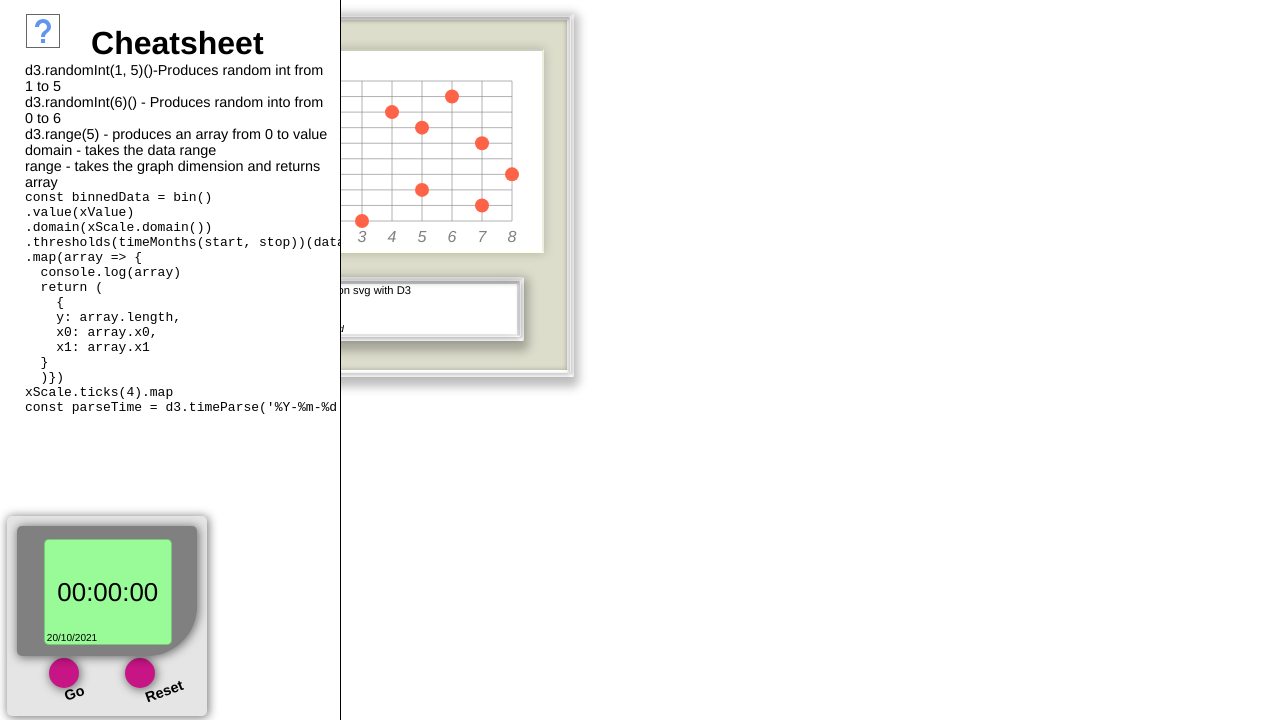
Repository: Lewisjohnward/100-days-of-d3
Page: /
The author's editor kept a copy of each file at every save. The page is drawn from the files as they stood at one save, then again after a run of saves.
The browser window is 1280 px wide. The pictures show the whole page.
The page's requests for data from a server got no answer. An inner scrolling area shows only its first screen. The project was rebuilt for these pictures with package versions that can differ from the ones it lists, and the page was loaded fresh each time. No one was signed in, and anything a server would have sent is missing. Also part of the build but not shown: src/charts/chart2/useGetData.js, src/charts/chart2/styles.js, src/charts/chart2/Chart.js, src/charts/chart3/useGetData.js, src/charts/chart3/styles.js, src/charts/chart3/Chart.js, src/charts/chart4/useGetData.js, src/charts/chart4/styles.js and 4 more.

Above is the page before, as saved 2021-10-20 15:47:08.

### src/App.js
import styled from "styled-components";
import { Chart1, Chart2, Chart3, Chart4, Chart5 } from "./charts/index.js";
import { Hello } from "./components/HelloD3";
import { Navbar } from "./components/Navbar.js";

const BodyContainer = styled.div`
  position: relative;
  z-index: 99;
  display: flex;
  height: ${({ height }) => height}px;
  overflow: hidden;
`;

const ChartGrid = styled.div`
  width: 75%;
  display: grid;
  overflow: scroll;
  grid-template-columns: repeat(3, 400px);
  grid-template-rows: repeat(2, 400px);
  justify-content: center;
  align-items: start;
  align-content: start;
  grid-gap: 0px;
  padding: 1%;
`;



const height = window.innerHeight;

function App() {
  return (
    <BodyContainer height={height}>
      <Hello />
      <Navbar />
      <ChartGrid>
        <Chart1 />
        <Chart2 />
        <Chart2 />
        <Chart3 />
        <Chart4 />
        <Chart5 />
      </ChartGrid>
    </BodyContainer>
  );
}

export default App;

### src/index.css
*{
    margin: 0;
    padding: 0;
}

body {
    font-family: Helvetica, "Trebuchet MS", Verdana, sans-serif;
}

### src/charts/index.js
export { Test as Chart1} from "./chart1/Chart"
export { Chart as Chart2} from "./chart2/Chart"
export { Chart as Chart3} from "./chart3/Chart"
export { Chart as Chart4} from "./chart4/Chart"
export { Chart as Chart5} from "./chart5/Chart"

### src/components/HelloD3.js
import { useState } from "react";
import styled, { keyframes } from "styled-components";

const letterAnimation = keyframes`
    0% {transform: rotate(0deg);}
    20% {transform: rotate(-45deg);}
    100% {transform: rotate(-45deg);}
`;

const TextContainer = styled.div`
  position: absolute;
  top: 25%;
  display: flex;
  font-size: 10em;

`;

const LetterContainer = styled.div`
  &.fallanimation {
    transition: transform 1s;
    transform: translateY(942px);
  }

  p {
    font-weight: ${({bold}) => bold ? 600: 300};
    &.fallanimation {
      animation: ${letterAnimation} ease-out 1s forwards;
    }
  }
`;

const word = "Hello";
const d3 = "D3"
const d3Array = d3.split("");
const wordArray = word.split("");
const height = window.innerHeight;

export const Hello = () => {
  return (
    <TextContainer>
      {wordArray.map((d) => (
        <Letter letter={d} />
      ))}
      {d3Array.map((d) => (
        <Letter letter={d} bold={true}/>
      ))}
    </TextContainer>
  );
};

const Letter = ({ letter, bold}) => {
  const [visible, setVisible] = useState(true);

  const handleMouseEnter = () => {
    setVisible((prev) => !prev);
  };

  return (
    <LetterContainer className={!visible && "fallanimation"} height={height} bold={bold}>
      <p
        className={!visible && "fallanimation"}
        onMouseEnter={() => handleMouseEnter()}
      >
        {letter}
      </p>
    </LetterContainer>
  );
};

### src/components/Navbar.js
import { useState } from "react";
import styled from "styled-components";
import { TimerComponent as Timer } from "./Timer";
import { IoMdHelp } from "react-icons/io";

const NavContainer = styled.div`
  height: 100%;
  width: 25%;
  overflow: hidden;
  background: white;
  padding: 25px 10px 25px 25px;
  border-right: 1px solid black;
  > p {
    font-size: 0.9em;
  }

  &.open {
    transition: all 1s ease-in;
    transform: translateX(0px);
  }
  &.close {
    transition: all 1s ease-in;
    transform: translateX(-100%);
  }
`;

const Title = styled.div`
  font-size: 2em;
  font-weight: 700;
  text-align: center;
`;

const Icon = styled(IoMdHelp)`
  position: absolute;
  left: 2%;
  top: 2%;
  z-index: 1;
  font-size: 2em;
  color: cornflowerblue;
  cursor: pointer;
  border: 1px solid rgba(0, 0, 0, 0.6);
`;

const code = `const binnedData = bin()
.value(xValue)
.domain(xScale.domain())
.thresholds(timeMonths(start, stop))(data)
.map(array => {
  console.log(array)
  return (
    {
    y: array.length,
    x0: array.x0,
    x1: array.x1
  }
  )})`;

export const Navbar = () => {
  const [visible, setVisible] = useState(true);
  return (
    <>
      <Icon onClick={() => setVisible((prev) => !prev)} />
      <NavContainer className={visible ? "open" : "close"}>
        <Title>Cheatsheet</Title>
        <p>d3.randomInt(1, 5)()-Produces random int from 1 to 5</p>
        <p>d3.randomInt(6)() - Produces random into from 0 to 6</p>
        <p>d3.range(5) - produces an array from 0 to value</p>
        <p>domain - takes the data range</p>
        <p>range - takes the graph dimension and returns array</p>
        <pre>
          <code>{code}</code>
        </pre>
        <pre>
          <code>xScale.ticks(4).map</code>
        </pre>
        <pre>
          <code>const parseTime = d3.timeParse('%Y-%m-%d');</code>
        </pre>
        <Timer />
      </NavContainer>
    </>
  );
};

### src/charts/chart1/Chart.js
import { useState } from "react";
import { randomInt, range, scaleLinear, max } from "d3";
import {
  Frame,
  Svg,
  ChartContainer,
  Description,
  DescriptionContainer,
  Signature,
} from "./styles";

const data = range(10).map((d) => ({
  a: randomInt(10)(),
  b: d,
}));

const margin = {
  top: 30,
  right: 30,
  bottom: 30,
  left: 30,
};

const height = 200;
const width = 300;

const AxisTickOffset = 7;

const innerHeight = height - margin.top - margin.bottom;
const innerWidth = width - margin.left - margin.right;

export const Chart = () => {
  const xValue = (d) => d.a;
  const yValue = (d) => d.b;

  const xAxisScale = scaleLinear()
    .domain([0, max(data, xValue)])
    .range([0, innerWidth])
    .nice();

  const yAxisScale = scaleLinear()
    .domain([0, max(data, yValue)])
    .range([innerHeight, 0])
    .nice();

  return (
    <Frame>
      <ChartContainer>
        <Svg height={height} width={width}>
          <g transform={`translate(${margin.left}, ${margin.top})`}>
            {xAxisScale.ticks().map((tickValue) => (
              <g transform={`translate(${xAxisScale(tickValue)}, 0)`}>
                <line y2={innerHeight} stroke="black" />
                <text
                  y={innerHeight + 3 * AxisTickOffset}
                  style={{ textAnchor: "middle" }}
                >
                  {tickValue}
                </text>
              </g>
            ))}

            {yAxisScale.ticks().map((tickValue) => (
              <g transform={`translate(0, ${yAxisScale(tickValue)})`}>
                <line x2={innerWidth} stroke="black" />
                <text
                  x={-AxisTickOffset}
                  dy="0.32em"
                  style={{ textAnchor: "end" }}
                >
                  {tickValue}
                </text>
              </g>
            ))}
            {data.map(({ a, b }) => (
              <Mark x={xAxisScale(a)} y={yAxisScale(b)} r={7} />
            ))}
          </g>
        </Svg>

        <Frame small={"true"}>
          <DescriptionContainer>
            <Description>Scatter graph on svg with D3</Description>
            <Signature>09/10/21 - L Ward</Signature>
          </DescriptionContainer>
        </Frame>
      </ChartContainer>
    </Frame>
  );
};

export const Chart1= () => {
  const xValue = (d) => d.a;
  const yValue = (d) => d.b;

  const xAxisScale = scaleLinear()
    .domain([0, max(data, xValue)])
    .range([0, innerWidth])
    .nice();

  const yAxisScale = scaleLinear()
    .domain([0, max(data, yValue)])
    .range([innerHeight, 0])
    .nice();

  return (
        <Svg height={height} width={width}>
          <g transform={`translate(${margin.left}, ${margin.top})`}>
            {xAxisScale.ticks().map((tickValue) => (
              <g transform={`translate(${xAxisScale(tickValue)}, 0)`}>
                <line y2={innerHeight} stroke="black" />
                <text
                  y={innerHeight + 3 * AxisTickOffset}
                  style={{ textAnchor: "middle" }}
                >
                  {tickValue}
                </text>
              </g>
            ))}

            {yAxisScale.ticks().map((tickValue) => (
              <g transform={`translate(0, ${yAxisScale(tickValue)})`}>
                <line x2={innerWidth} stroke="black" />
                <text
                  x={-AxisTickOffset}
                  dy="0.32em"
                  style={{ textAnchor: "end" }}
                >
                  {tickValue}
                </text>
              </g>
            ))}
            {data.map(({ a, b }) => (
              <Mark x={xAxisScale(a)} y={yAxisScale(b)} r={7} />
            ))}
          </g>
        </Svg>
  );
};

const Mark = ({ x, y, r }) => {
  const [tooltipVisible, setToolTipVisible] = useState(false);

  return (
    <>
    <circle
        cx={x}
        cy={y}
        r={r}
        fill={"black"}
        onMouseEnter={() => setToolTipVisible(!tooltipVisible)}
        onMouseLeave={() => setToolTipVisible(!tooltipVisible)}
      />
      {tooltipVisible && <rect x={x + 10} y={y - 25} height={50} width={50} rx={5} />}

    </>
  );
};

export const Test = () => {
  return (
    <Frame>
    <ChartContainer>
      <Chart1 />
    <Frame small={"true"}>
          <DescriptionContainer>
          <Description>Scatter graph on svg with D3</Description>
            <Signature>09/10/21 - L Ward</Signature>
          </DescriptionContainer>
        </Frame>
      </ChartContainer>
    </Frame>
  )


}

### src/components/Timer.js
import { useState, useEffect } from "react";
import styled, { keyframes } from "styled-components";

const Icon = styled.div`
  position: absolute;
  bottom: 7%;
  left: 2%;
  height: 200px;
  width: 200px;
  padding: 0px;
  margin: 0px;

  color: black;
  overflow: hidden;
  background: rgb(229, 229, 229);
  opacity: 1;
  text-shadow: none;
  font-weight: 300;
  font-size: 0.9em;
  box-shadow: 1px 1px 10px 1px rgba(0, 0, 0, 0.5);
  border-radius: 5px;
`;

const Container = styled.div`
  height: 100%;
  width: 100%;
  display: flex;
  flex-direction: column;
  justify-content: center;
  align-items: center;
`;

const Timer = styled.div`
  position: relative;
  background: gray;
  height: 65%;
  width: 90%;
  border-radius: 5px 5px 50px 5px;
  box-shadow: 1px 1px 10px 1px rgba(0, 0, 0, 0.5);
`;

const TimerContainer = styled.div`
  position: absolute;
  top: 10%;
  left: 15%;
  height: 80%;
  width: 70%;
  display: flex;
  justify-content: center;
  align-items: center;

  background: palegreen;
  border-radius: 5px;
  border: 1px solid rgba(0, 0, 0, 0.2);
  font-size: 1.8em;
`;

const ButtonContainer = styled.div`
  height: 25%;
  width: 80%;
  display: flex;

  flex-direction: row;
  justify-content: space-around;
  align-items: center;
`;

const Start_StopContainer = styled.div`
  display: flex;
  align-items: center;
  justify-content: center;
  background: mediumvioletred;
  width: 30px;
  height: 30px;
  border-radius: 100%;
  box-shadow: 1px 1px 10px 1px rgba(0, 0, 0, 0.5);
  font-size: 1.2em;
  font-weight: 800;
  cursor: pointer;

  &:active {
    transition: transform 0.1s box-shadow 0.1s;
    transform: translateY(10%);
  }
`;

const ButtonDiv = styled.div`
  font-weight: 600;

  p {
    transform: translate(50%, -30%) rotate(-20deg);
  }
`;

const DateContainer = styled.div`
  position: absolute;
  top: 58%;
  left: 20%;
  font-size: 0.7em;
  text-decoration: italic;

  .today {
    right: 0%;
  }
`;

export const TimerComponent = ({ grid }) => {
  const [seconds, setSeconds] = useState(0);
  const [active, setActive] = useState(false);

  useEffect(() => {
    const seconds = parseInt(localStorage.getItem("seconds-d3")) || 0;
    const active = localStorage.getItem("state-d3") || false;
    setActive(active);
    setSeconds(seconds);
  }, []);

  useEffect(() => {
    if (active) {
      setTimeout(() => {
        setSeconds((prev) => prev + 1);
      }, 1000);
    }
    localStorage.setItem("seconds-d3", seconds);
    localStorage.setItem("state-d3", active);
  }, [active, seconds]);

  function secondsToTime(e) {
    var h = Math.floor(e / 3600)
        .toString()
        .padStart(2, "0"),
      m = Math.floor((e % 3600) / 60)
        .toString()
        .padStart(2, "0"),
      s = Math.floor(e % 60)
        .toString()
        .padStart(2, "0");

    return h + ":" + m + ":" + s;
    //return `${h}:${m}:${s}`;
  }

  return (
    <Icon className={`icon`}>
      <Container>
        <Timer>
          <TimerContainer>{secondsToTime(seconds)}</TimerContainer>
        </Timer>
        <DateContainer>20/10/2021</DateContainer>

        <ButtonContainer>
          <ButtonDiv>
            <Start_StopContainer
              onClick={() => {
                if (!active) {
                  setActive(true);
                }
              }}
            />
            <p>Go</p>
          </ButtonDiv>
          {active ? (
            <ButtonDiv>
              <Start_StopContainer onClick={() => setActive(false)} />
              <p>Stop</p>
            </ButtonDiv>
          ) : (
            <ButtonDiv>
              <Start_StopContainer onClick={() => setSeconds(0)} />
              <p>Reset</p>
            </ButtonDiv>
          )}
        </ButtonContainer>
      </Container>
    </Icon>
  );
};

### src/charts/chart1/styles.js
import styled from "styled-components";

export const Frame = styled.div`
  height: ${({ small }) => (small ? "50px" : "350px")};
  width: ${({ small }) => (small ? "250px" : "350px")};
  background-color: #ddc;
  border: solid 1vmin #eee;
  border-bottom-color: #fff;
  border-left-color: #eee;
  border-radius: 2px;
  border-right-color: #eee;
  border-top-color: #ddd;
  box-shadow: 0 0 5px 0 rgba(0, 0, 0, 0.25) inset,
    0 5px 10px 5px rgba(0, 0, 0, 0.25);

  position: relative;
  text-align: center;
  &:before {
    border-radius: 2px;
    bottom: -0.4vmin;
    box-shadow: 0 2px 5px 0 rgba(0, 0, 0, 0.25) inset;
    content: "";
    left: -0.4vmin;
    position: absolute;
    right: -0.4vmin;
    top: -0.4vmin;
  }
  &:after {
    border-radius: 2px;
    bottom: -0.5vmin;
    box-shadow: 0 2px 5px 0 rgba(0, 0, 0, 0.25);
    content: "";
    left: -0.5vmin;
    position: absolute;
    right: -0.5vmin;
    top: -0.5vmin;
  }
`;

export const ChartContainer = styled.div`
position: relative;
z-index: 999;
  display: flex;
  flex-direction: column;
  justify-content: space-around;
  align-items: center;
  height: 100%;
  width: 100%;
  padding: 5% 1%;
  box-sizing: border-box;
`;

export const Svg = styled.svg`
  height: ${({ height }) => height}px;
  width: ${({ width }) => width}px;
  background: white;
  box-shadow: 0px 0px 10px 0px rgba(0, 0, 0, 0.2);
  border: solid 2px;
  border-bottom-color: #ffe;
  border-left-color: #eed;
  border-right-color: #eed;
  border-top-color: #ccb;


  line {
    stroke: gray;
    opacity: 0.6;
  }

  circle {
    fill: tomato;
  }

  text {
    font-style: italic;
    fill: gray;
  }

  rect {
    stroke: tomato;
    fill: white;
  }
`;

export const DescriptionContainer = styled.div`
  box-sizing: border-box;
  display: flex;
  flex-direction: column;
  justify-content: space-between;
  width: 100%;
  height: 100%;
  box-shadow: 0px 0px 10px 0px rgba(0, 0, 0, 0.2);
  background: white;
`;

export const Description = styled.p`
  text-align: left;
  font-size: 0.7em;
`;

export const Signature = styled.p`
  text-align: left;
  font-style: italic;
  font-size: 0.6em;
`;

Loaded but not shown: public/index.html (common file); src/index.js (common file)

After the next 2 saves:
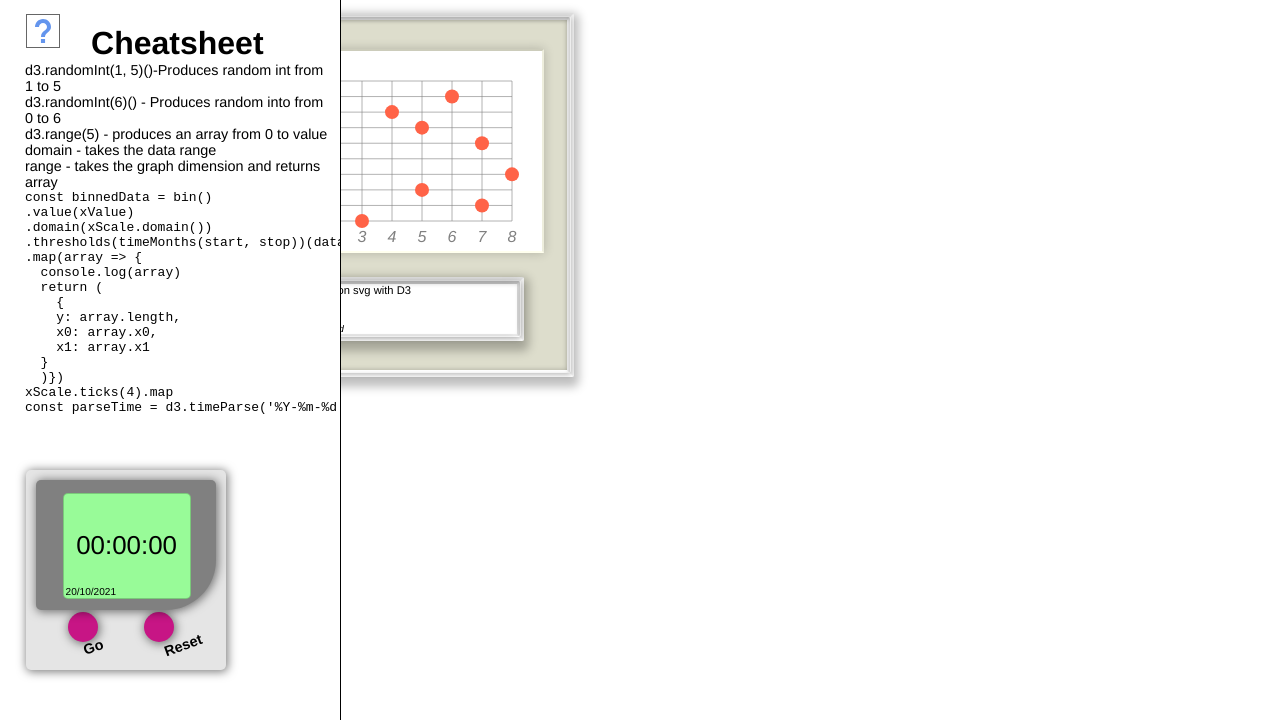
The 2 saves are shown as one change because they came seconds apart.
The last was saved 29 s later.
--- a/src/components/Navbar.js
+++ b/src/components/Navbar.js
@@ -76,8 +76,8 @@ export const Navbar = () => {
         <pre>
           <code>const parseTime = d3.timeParse('%Y-%m-%d');</code>
         </pre>
-        <Timer />
       </NavContainer>
+      <Timer />
     </>
   );
 };
